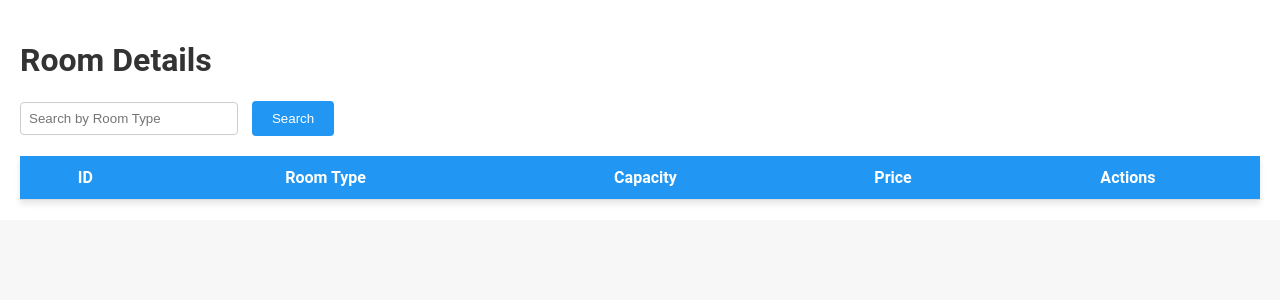
Repository: Trikisalem/examentp_jakarta
Page: http://localhost/hotel/admin/profit.jsp
These files come from the project's save history. The page is drawn as it stood at one moment and after the next save; the edit follows.
The browser window is 1280 px wide. The pictures show the whole page.
The page is served by Tomcat 10. Nobody is signed in. The application's start-up code is not run. Queries for data that is not in the repository find no rows.

Above is the page before, as saved 2024-12-17 11:19:49.

After the next save:
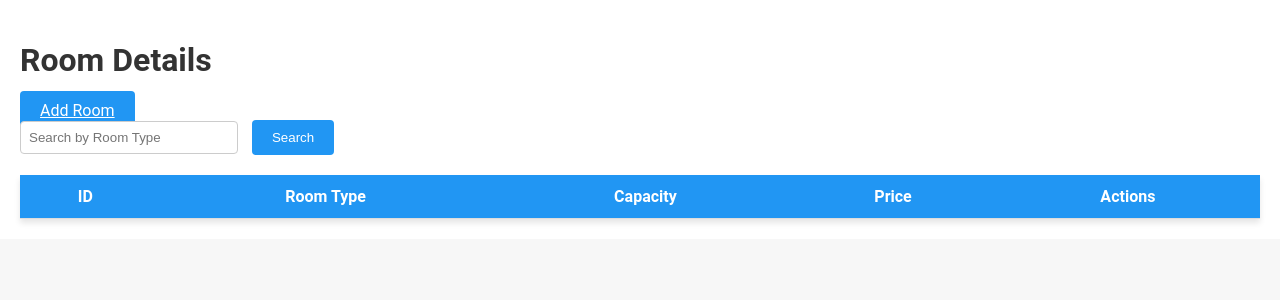
Saved 10 min 52 s later.
--- a/hotel/src/main/webapp/admin/profit.jsp
+++ b/hotel/src/main/webapp/admin/profit.jsp
@@ -60,6 +60,9 @@
 <body>
     <div id="page-wrapper">
         <h1>Room Details</h1>
+
+        <!-- Bouton pour ajouter une chambre -->
+        <a href="addRoom.jsp" class="btn">Add Room</a>
 
         <!-- Barre de recherche -->
         <div class="search-container">
